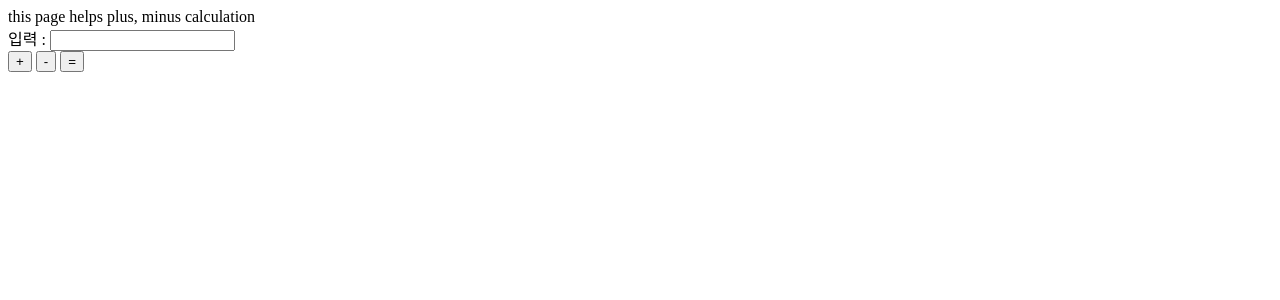
Repository: Jason-TG/workspace
Page: http://localhost/JSP_Project/calc7.jsp
These files come from the project's save history. The page is drawn as it stood at one moment and after the next save; the edit follows.
The browser window is 1280 px wide. The pictures show the whole page.
The page is served by Tomcat 9. Other server files are loaded and not shown.

Above is the page before, as saved 2021-07-09 06:13:53.

### JSP_Project/src/main/webapp/calc7.jsp


<%@ page language="java" contentType="text/html; charset=UTF-8"
	pageEncoding="UTF-8"%>

<!DOCTYPE html>

<html>
<head>
<meta charset="UTF-8">
<title>Insert title here</title>
</head>

<body>

	<div>
		<form action="calc2" method="post">
			<div>
				<label>this page helps plus, minus calculation</label>
			</div>
			<div>
				<label>입력 : </label> <input type="text" name="v" />
			</div>

			<div>
				<input type="submit" name="operator" value="+" />
				<input type="submit" name="operator" value="-" />
				<input type="submit" name="operator" value="=" />
				<!-- input 태그는 name값(키값)이 있으면 데이터가 전달된다.  -->
				<!-- type 속성의 값이 submit인 경우 value 속성의 값이 밸류로 전달된다. -->
			</div>
		</form>
	</div>

</body>
</html>

After the next save:
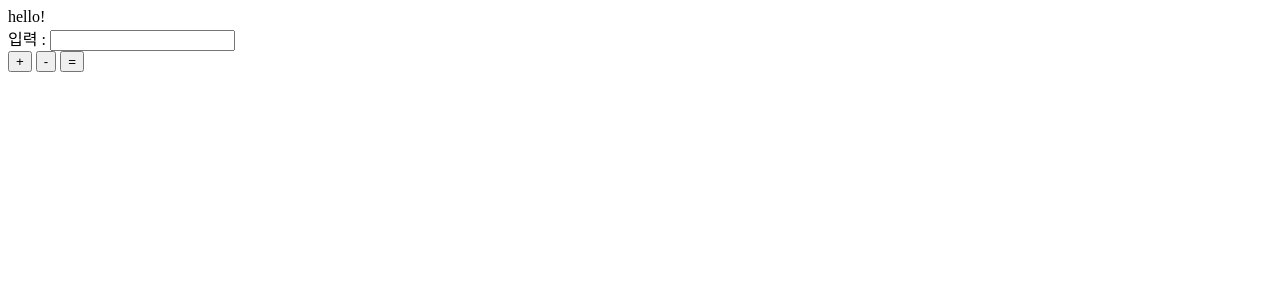
Saved 2 min 6 s later.
--- a/JSP_Project/src/main/webapp/calc7.jsp
+++ b/JSP_Project/src/main/webapp/calc7.jsp
@@ -16,7 +16,7 @@
 	<div>
 		<form action="calc2" method="post">
 			<div>
-				<label>this page helps plus, minus calculation</label>
+				<label>hello!</label>
 			</div>
 			<div>
 				<label>입력 : </label> <input type="text" name="v" />
